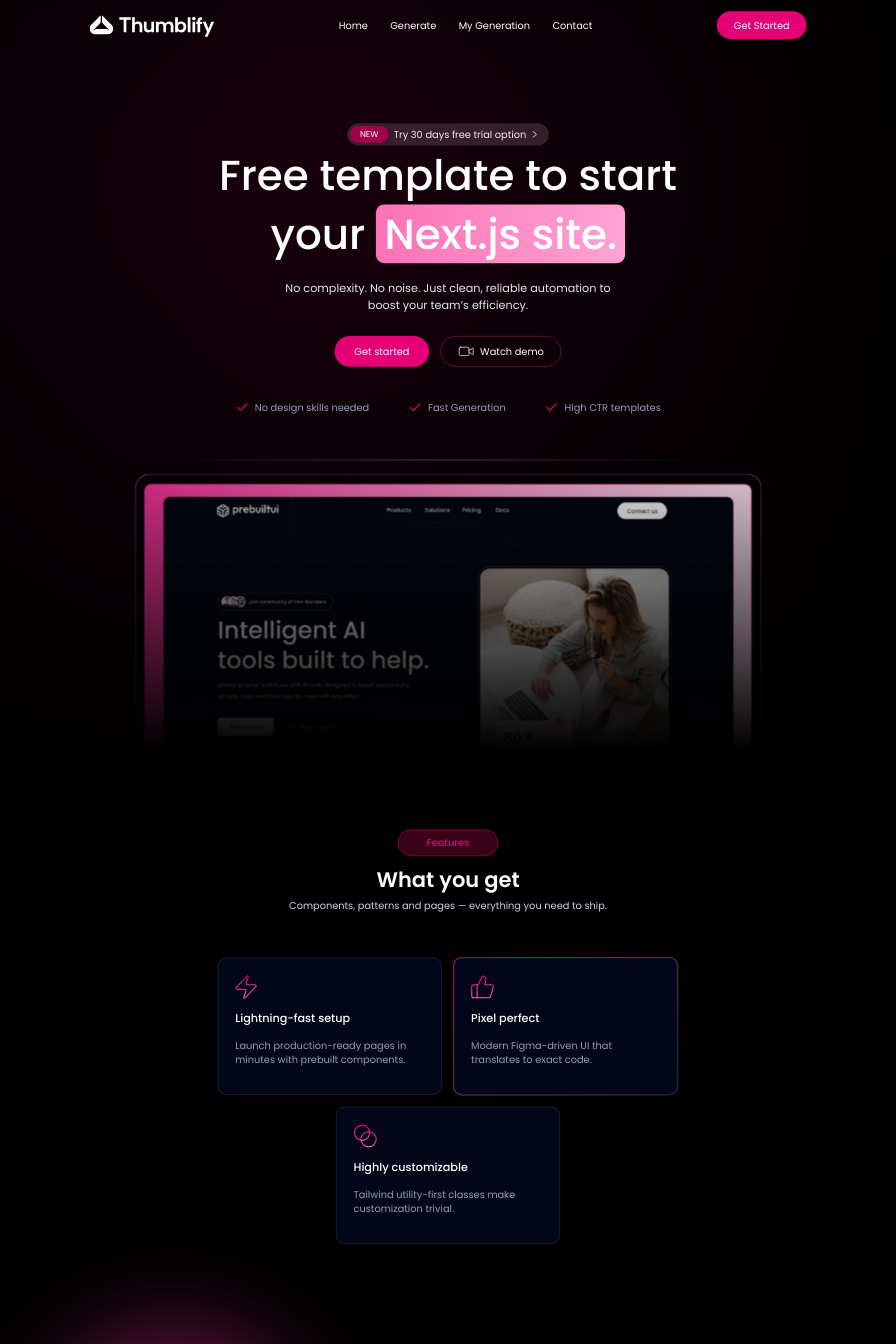
Repository: abhiraj33181/Thumblify
Page: / (app in client/)
An editor plug-in stored every save of this project. The page is shown before and after the next save, followed by the edit.
The browser window is 1280 px wide. The pictures show the part of the page from y = 0 to 1920 px (the page is 5296 px tall before and 5380 px after), at 70% of full size.
The project was rebuilt for these pictures with package versions that can differ from the ones it lists, and the page was loaded fresh each time. Also part of the build but not shown: client/vite.config.ts.

Above is the page before, as saved 2026-01-08 07:59:49.

After the next save:
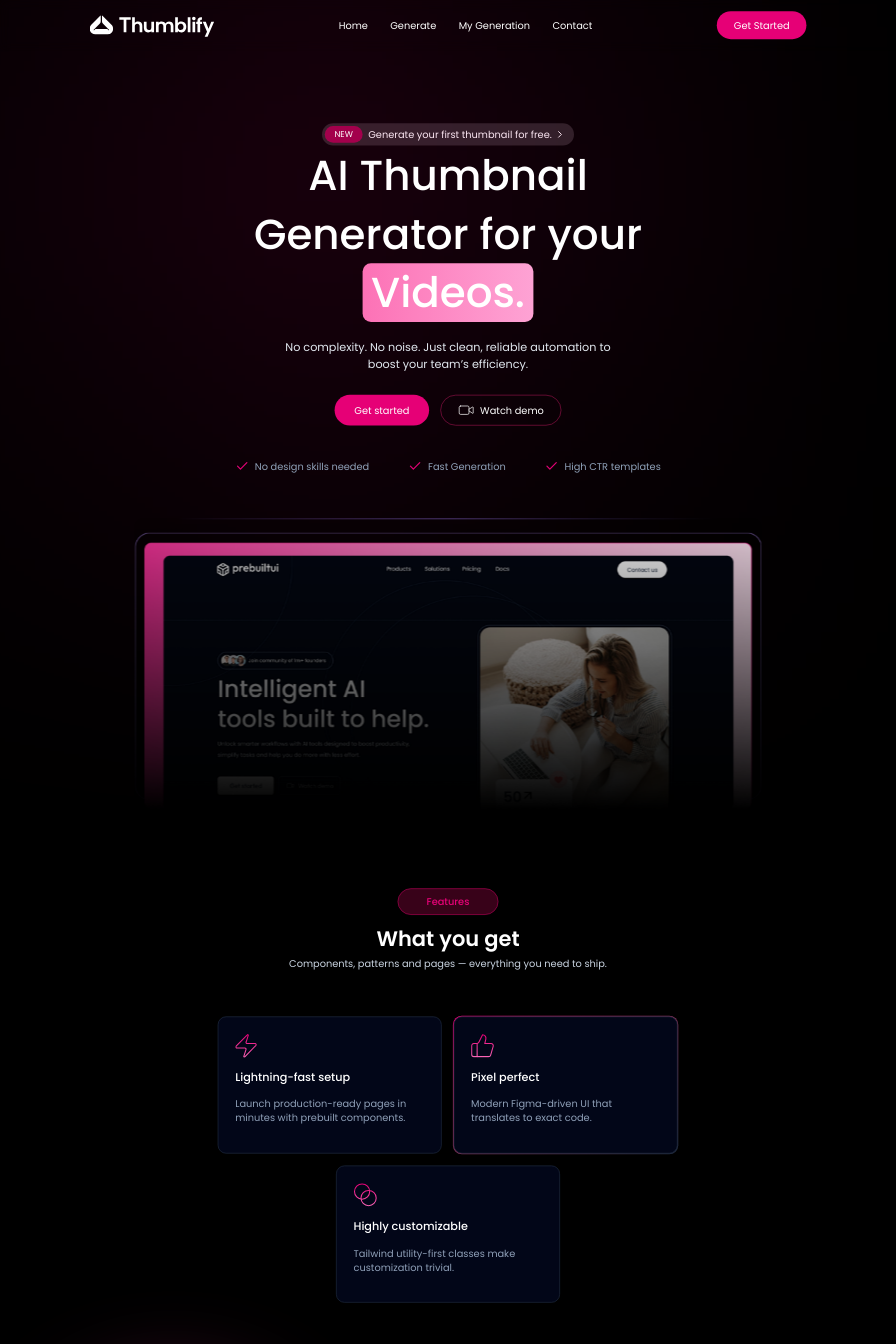
Saved 83 s later.
--- a/client/src/sections/HeroSection.tsx
+++ b/client/src/sections/HeroSection.tsx
@@ -23,7 +23,7 @@ export default function HeroSection() {
                     NEW
                 </span>
                 <p className="flex items-center gap-1">
-                    <span>Try 30 days free trial option </span>
+                    <span>Generate your first thumbnail for free.</span>
                     <ChevronRightIcon size={16} className="group-hover:translate-x-0.5 transition duration-300" />
                 </p>
             </motion.a>
@@ -33,8 +33,8 @@ export default function HeroSection() {
                 viewport={{ once: true }}
                 transition={{ type: "spring", stiffness: 240, damping: 70, mass: 1 }}
             >
-                Free template to start your{" "}
-                <span className="move-gradient px-3 rounded-xl text-nowrap">Next.js site.</span>
+                AI Thumbnail Generator for your{" "}
+                <span className="move-gradient px-3 rounded-xl text-nowrap">Videos.</span>
             </motion.h1>
             <motion.p className="text-base text-center text-slate-200 max-w-lg mt-6"
                 initial={{ y: 50, opacity: 0 }}
